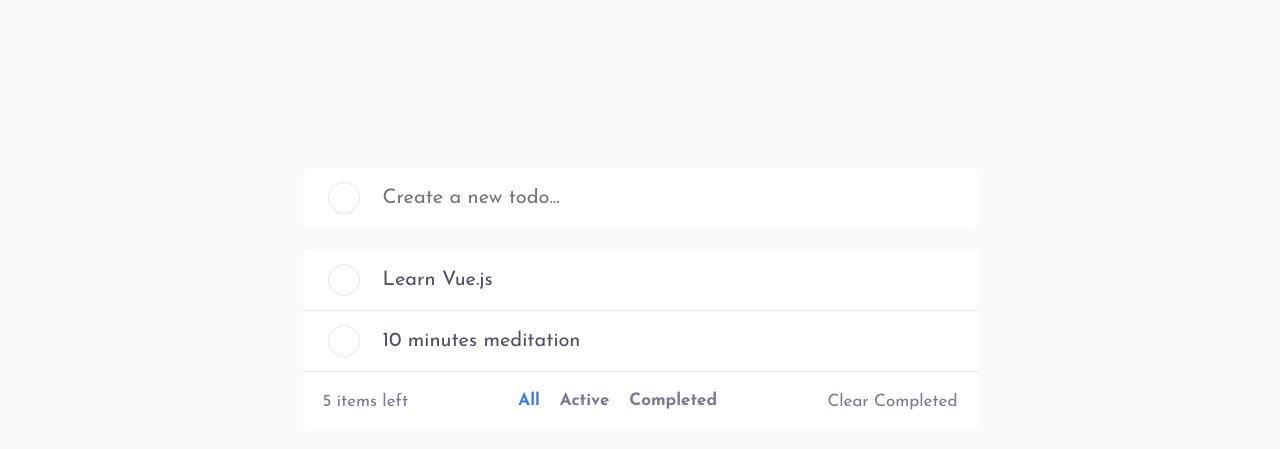
Repository: tomas938/todo-app
Page: /
The author's editor kept a copy of each file at every save. The page is drawn from the files as they stood at one save, then again after the next save.
The browser window is 1280 px wide. The pictures show the whole page.
The project was rebuilt for these pictures with package versions that can differ from the ones it lists, and the page was loaded fresh each time.

Above is the page before, as saved 2021-08-18 12:28:04.

### src/main.js
import { createApp } from "vue";
import App from "./App.vue";
import router from "./router";

createApp(App)
	.use(router)
	.mount("#app");

### src/App.vue
<template>
	<router-view />
</template>

<style lang="scss">
@import "/src/scss/_variables";
:root {
	.dark {
		// --bg-image: url(../assets/bg-desktop-light.jpg);

		--items-bg-color: hsl(235, 24%, 19%);
		--body-bg: hsl(235, 21%, 11%);
		--todo-text: hsl(236, 33%, 92%);
		--todo-border: hsl(237, 14%, 26%);
	}
	.light {
		--bg-image: url("/src/assets/bg-desktop-light.jpg");
		--items-bg-color: hsl(0, 0%, 100%);
		--body-bg: hsl(0, 0%, 98%);
		--todo-text: hsl(233, 14%, 35%);
		--todo-border: hsl(236, 33%, 92%);
	}
}
* {
	margin: 0;
	padding: 0;
	box-sizing: border-box;
}
html {
	font-size: 62.5%;
}
body {
	font-size: 1.8rem;
	font-family: $font-primary;
	background-color: var(--body-bg);
}

li {
	list-style: none;
}
</style>

### src/router/index.js
import { createRouter, createWebHashHistory } from "vue-router";
import Home from "../views/Home.vue";

const routes = [
	{
		path: "/",
		name: "Home",
		component: Home,
	},
];

const router = createRouter({
	history: createWebHashHistory(),
	routes,
});

export default router;

### src/scss/_variables.scss
// LINK COLLORS-PRIMARY //

$primary: hsl(220, 98%, 61%);
$primary-bg: linear-gradient hsl(192, 100%, 67%) to hsl(280, 87%, 65%);

// LINK LIGHT THEME //

$light-gray: hsl(0, 0%, 98%);
$very-light-grayish-blue: hsl(236, 33%, 92%);
$light-grayish-blue: hsl(233, 11%, 84%);
$dark-grayish-blue: hsl(236, 9%, 61%);
$very-dark-grayish-blue: hsl(235, 19%, 35%);

// LINK DARK THEME //

$very-dark-blue: hsl(235, 21%, 11%);
$dark-desaturated-blue: hsl(235, 24%, 19%);
$light-grayish-blue--dark: hsl(234, 39%, 85%);
$light-grayish-blue--dark-hover: hsl(236, 33%, 92%);
$dark-grayish-blue--dark: hsl(234, 11%, 52%);
$very-dark-grayish-blue--dark: hsl(233, 14%, 35%);
$very-dark-grayish-blue--dark-2: hsl(237, 14%, 26%);

// LINK FONT //

@import url("https://fonts.googleapis.com/css2?family=Josefin+Sans:wght@400;700&display=swap");
$font-primary: "Josefin Sans", sans-serif;
$light: 400;
$bold: 700;

### src/views/Home.vue
<template>
	<Header />
	<Todos />
</template>

<script>
import Header from "../components/Header";
import Todos from "../components/Todos.vue";
export default {
	components: {
		Header,
		Todos,
	},
};
</script>
<style lang="scss"></style>

### src/components/Header.vue
<template>
	<header>
		<nav class="nav container">
			<div class="nav__title">
				<h1>todo</h1>
			</div>
			<svg
				v-if="ligth"
				@click="changeTheme"
				class="nav__theme"
				xmlns="http://www.w3.org/2000/svg"
				width="26"
				height="26"
			>
				<path
					fill="#fafafa"
					fill-rule="evenodd"
					d="M13 0c.81 0 1.603.074 2.373.216C10.593 1.199 7 5.43 7 10.5 7 16.299 11.701 21 17.5 21c2.996 0 5.7-1.255 7.613-3.268C23.22 22.572 18.51 26 13 26 5.82 26 0 20.18 0 13S5.82 0 13 0z"
				/>
			</svg>
			<svg
				v-else
				@click="changeTheme"
				xmlns="http://www.w3.org/2000/svg"
				width="26"
				height="26"
			>
				<path
					fill="#fafafa"
					fill-rule="evenodd"
					d="M13 21a1 1 0 011 1v3a1 1 0 11-2 0v-3a1 1 0 011-1zm-5.657-2.343a1 1 0 010 1.414l-2.121 2.121a1 1 0 01-1.414-1.414l2.12-2.121a1 1 0 011.415 0zm12.728 0l2.121 2.121a1 1 0 01-1.414 1.414l-2.121-2.12a1 1 0 011.414-1.415zM13 8a5 5 0 110 10 5 5 0 010-10zm12 4a1 1 0 110 2h-3a1 1 0 110-2h3zM4 12a1 1 0 110 2H1a1 1 0 110-2h3zm18.192-8.192a1 1 0 010 1.414l-2.12 2.121a1 1 0 01-1.415-1.414l2.121-2.121a1 1 0 011.414 0zm-16.97 0l2.121 2.12A1 1 0 015.93 7.344L3.808 5.222a1 1 0 011.414-1.414zM13 0a1 1 0 011 1v3a1 1 0 11-2 0V1a1 1 0 011-1z"
				/>
			</svg>
		</nav>
		<div class="new-todo">
			<input type="text" placeholder="Create a new todo..." />
		</div>
	</header>
</template>

<script>
export default {
	data() {
		return {
			ligth: true,
			body: document.body,
		};
	},
	methods: {
		changeTheme() {
			this.ligth = !this.ligth;
			if (!this.ligth) {
				this.body.classList.remove("light");
				this.body.classList.add("dark");
			} else {
				this.body.classList.remove("dark");
				this.body.classList.add("light");
			}
		},
	},
	mounted() {
		this.body.classList.add("light");
	},
};
</script>

<style lang="scss" scoped>
@import "/src/scss/_variables";

header {
	height: 30rem;
	display: flex;
	flex-direction: column;
	align-items: center;
	justify-content: center;
	gap: 5rem;
	padding: 3rem;
	background-image: url(var(--bg-image));
	background-repeat: no-repeat;
	background-size: cover;
}
.nav {
	max-width: 67.5rem;
	width: 100%;
	display: flex;
	justify-content: space-between;
	align-items: baseline;
	&__title h1 {
		font-size: 4.5rem;
		letter-spacing: 1.8rem;
		text-transform: uppercase;
	}

	svg {
		cursor: pointer;
	}
}
.new-todo {
	max-width: 67.5rem;
	width: 100%;
	position: relative;
	&::before {
		content: "";
		position: absolute;
		top: 50%;
		transform: translateY(-50%);
		left: 2.5rem;
		width: 3rem;
		height: 3rem;
		border-radius: 50%;
		border: 1px solid var(--todo-border);
	}
}
input {
	background-color: var(--items-bg-color);
	width: 100%;
	outline: none;
	border: none;
	padding: 2rem;
	padding-left: 8rem;
	border-radius: 0.5rem;
	font-size: 2rem;
	font-family: $font-primary;
	font-weight: $light;
}
h1 {
	color: $light-gray;
}
</style>

### src/components/Todos.vue
<template>
	<main>
		<ul class="todos">
			<li class="todo-item">
				<span>Learn Vue.js</span>
			</li>
			<li class="todo-item">
				<span>10 minutes meditation</span>
			</li>
			<div class="filters">
				<div class="items-left">
					<span>5 items left</span>
				</div>
				<div class="filter">
					<span>All</span>
					<span>Active</span>
					<span>Completed</span>
				</div>
				<div class="clear">
					<span>Clear Completed</span>
				</div>
			</div>
		</ul>
	</main>
</template>

<script>
export default {};
</script>

<style lang="scss" scoped>
@import "/src/scss/_variables";

main {
	display: flex;
	justify-content: center;
	transform: translateY(-5rem);
}
.todos {
	max-width: 67.5rem;
	width: 100%;
	border-radius: 0.5rem;
	background-color: var(--items-bg-color);
}
.todo-item {
	position: relative;
	width: 100%;
	padding: 2rem;
	padding-left: 8rem;
	font-size: 2rem;
	font-family: $font-primary;
	font-weight: $light;
	color: var(--todo-text);
	border-bottom: 1px solid var(--todo-border);

	// FIXME maybe group styling //
	&::before {
		cursor: pointer;
		content: "";
		position: absolute;
		top: 50%;
		transform: translateY(-50%);
		left: 2.5rem;
		width: 3rem;
		height: 3rem;
		border-radius: 50%;
		border: 1px solid var(--todo-border);
	}
	&::after {
		opacity: 0;
		cursor: pointer;
		content: "";
		position: absolute;
		right: 2.5rem;
		width: 2.6rem;
		height: 2.6rem;
		background-image: url(../assets/icon-cross.svg);
		background-repeat: no-repeat;
	}
	&:hover:after {
		transition: opacity 0.5s ease-in-out;
		opacity: 1;
	}
}
.filters {
	display: flex;
	justify-content: space-between;
	padding: 2rem;
	.filter {
		display: flex;
		gap: 2rem;
		span {
			font-weight: $bold;
			&:first-child {
				color: $primary;
			}
		}
	}
	.items-left {
		span {
			cursor: auto;
		}
	}
	span {
		color: $dark-grayish-blue--dark;
		cursor: pointer;
		font-size: 1.7rem;
	}
}
</style>

Loaded but not shown: public/index.html (common file)

After the next save:
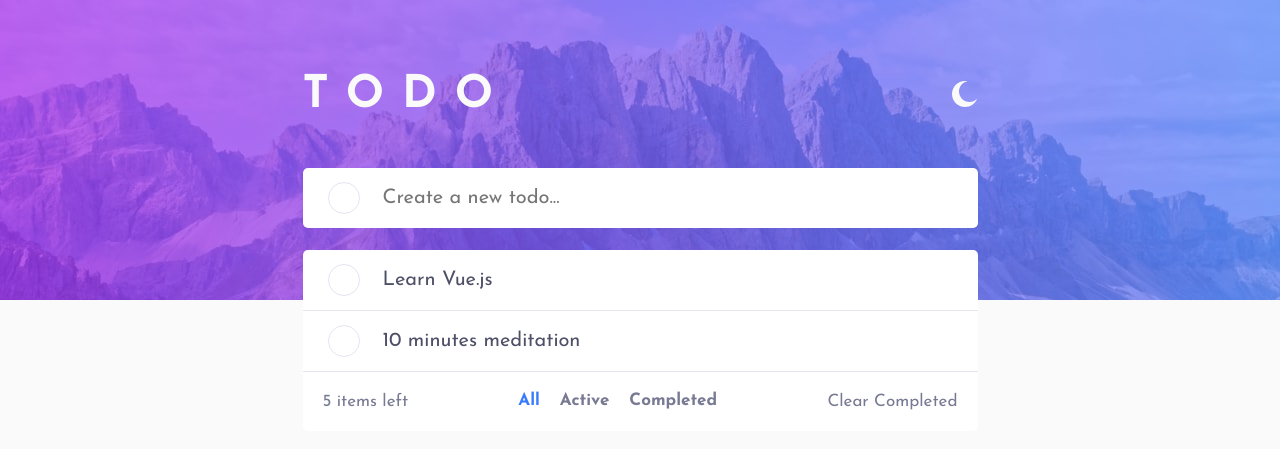
Saved 18 s later.
--- a/src/components/Header.vue
+++ b/src/components/Header.vue
@@ -75,7 +75,7 @@ header {
 	justify-content: center;
 	gap: 5rem;
 	padding: 3rem;
-	background-image: url(var(--bg-image));
+	background-image: var(--bg-image);
 	background-repeat: no-repeat;
 	background-size: cover;
 }
